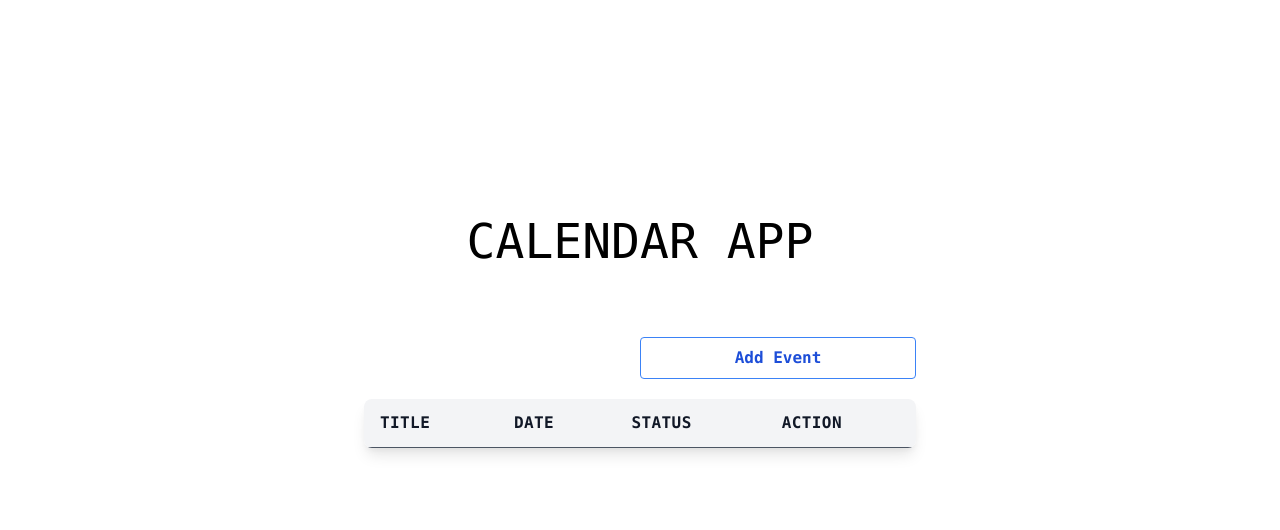
Repository: maikeru-desu/parking-lot
Page: / (app in parking-lot-fe/)
The author's editor kept a copy of each file at every save. The page is drawn from the files as they stood at one save, then again after the next save.
The browser window is 1280 px wide. The pictures show the whole page.
The page's requests for data from a server got no answer. The project was rebuilt for these pictures with package versions that can differ from the ones it lists, and the page was loaded fresh each time. No one was signed in, and anything a server would have sent is missing. Also part of the build but not shown: parking-lot-fe/craco.config.js, parking-lot-fe/src/pages/Add.js, parking-lot-fe/src/pages/Edit.js.

Above is the page before, as saved 2021-10-14 07:48:24.

### parking-lot-fe/src/index.js
import React from 'react';
import ReactDOM from 'react-dom';
import './index.css';
import App from './App';
import {Provider} from "react-redux";
import {BrowserRouter} from "react-router-dom";
import reportWebVitals from './reportWebVitals';
import store from './redux/store';

ReactDOM.render(
    <React.StrictMode>
        <BrowserRouter>
            <Provider store={store}>
                <App />
            </Provider>
        </BrowserRouter>
    </React.StrictMode>,
    document.getElementById('root')
);

// If you want to start measuring performance in your app, pass a function
// to log results (for example: reportWebVitals(console.log))
// or send to an analytics endpoint. Learn more: https://bit.ly/CRA-vitals
reportWebVitals();

### parking-lot-fe/src/App.js
import logo from './logo.svg';
import './App.css';
import {Switch, Route} from "react-router-dom";
import Home from './pages/Home';
import Add from './pages/Add';
import Edit from './pages/Edit';

function App() {
  return (
    <div className="App font-mono">
          <h1 class="mb-12 text-5xl">CALENDAR APP</h1>
        <Switch>
            <Route exact path="/" component={Home} />
            <Route exact path="/add" component={Add} />
            <Route exact path="/edit/:id" component={Edit} />
        </Switch>
    </div>
  );
}

export default App;

### parking-lot-fe/src/redux/store.js
import {createStore, applyMiddleware} from "redux";
import logger from "redux-logger";
import reduxThunk from "redux-thunk";
import rootReducer from "./root-reducer";

const middlewares = [reduxThunk];

if (process.env.NODE_ENV === "development") {
    middlewares.push(logger)
}

const store = createStore(rootReducer, applyMiddleware(...middlewares));

export default store;

### parking-lot-fe/src/pages/Home.js
import React, {useEffect} from 'react'
import {useDispatch, useSelector} from "react-redux";
import { deleteEvent, loadEvents } from '../redux/actions';
import { useHistory } from 'react-router-dom';

const Home = () => {
    let dispatch = useDispatch();
    let history = useHistory();
    const { events } = useSelector(state => state.events);

    const handleDelete = (id) => {
        if(window.confirm("Are you sure wanted to delete the event?")) {
            dispatch(deleteEvent(id));
        }
    }

    useEffect(() => {
        dispatch(loadEvents());
    }, [])

    return (
        <section class="container mx-auto p-6">
            <div class="grid grid-cols-4">
                <button onClick={() => history.push("/add")} className="mb-5 col-start-3 col-span-4 bg-transparent hover:bg-blue-500 text-blue-700 font-semibold hover:text-white py-2 px-4 border border-blue-500 hover:border-transparent rounded">
                    Add Event
                </button>

                {/* <select
                    id="status"
                    name="status"
                    className="block appearance-none w-full bg-gray-200 border border-gray-200 text-gray-700 py-3 px-4 pr-8 rounded leading-tight focus:outline-none focus:bg-white focus:border-gray-500">
                    <option>Select Status</option>
                    <option value="0">Pending</option>
                    <option value="2">Ongoing</option>
                    <option value="1">Done</option>
                </select> */}
            </div>

            <div class="w-full mb-8 overflow-hidden rounded-lg shadow-lg">
                <div class="w-full overflow-x-auto">
                <table class="w-full">
                    <thead>
                    <tr class="text-md font-semibold tracking-wide text-left text-gray-900 bg-gray-100 uppercase border-b border-gray-600">
                        <th class="px-4 py-3">Title</th>
                        <th class="px-4 py-3">Date</th>
                        <th class="px-4 py-3">Status</th>
                        <th class="px-4 py-3">Action</th>
                    </tr>
                    </thead>
                    <tbody class="bg-white">
                        {events && events.map((event) => (

                            <tr class="text-gray-700" key={event.id}>
                                <td class="px-4 py-3 border">
                                    <div class="flex items-center text-sm">
                                        <div>
                                            <p class="font-semibold text-black">{event.title}</p>
                                        </div>
                                    </div>
                                </td>
                                <td class="px-4 py-3 text-ms font-semibold border">{event.date}</td>
                                <td class="px-4 py-3 text-xs border">
                                    {(() => {
                                        if (event.status == 0) {
                                            return <span class="px-2 py-1 font-semibold leading-tight text-yellow-700 bg-yellow-100 rounded-sm"> Pending </span>;
                                        } else if (event.status == 1) {
                                            return <span class="px-2 py-1 font-semibold leading-tight text-green-700 bg-green-100 rounded-sm"> Done </span>;
                                        } else {
                                            return <span class="px-2 py-1 font-semibold leading-tight text-blue-700 bg-blue-100 rounded-sm"> Ongoing </span>;
                                        }
                                    })()}
                                    {/* <span class="px-2 py-1 font-semibold leading-tight text-green-700 bg-green-100 rounded-sm"> Acceptable </span> */}
                                </td>
                                <td class="px-4 py-3 text-sm border">
                                    <button onClick={() => history.push(`/edit/${event.id}`)} className="bg-transparent hover:bg-blue-500 text-blue-700 font-semibold hover:text-white py-2 px-4 border border-blue-500 hover:border-transparent rounded">
                                        EDIT
                                    </button>
                                    <button onClick={() => handleDelete(event.id)} className="bg-transparent hover:bg-red-500 text-red-700 font-semibold hover:text-white py-2 px-4 border border-red-500 hover:border-transparent rounded">
                                        DELETE
                                    </button>
                                </td>
                            </tr>
                        ))}
                    </tbody>
                </table>
                </div>
            </div>
        </section>
    )
}

export default Home

### parking-lot-fe/src/redux/root-reducer.js
import {combineReducers} from "redux";
import eventsReducers from "./reducer";

const rootReducer = combineReducers({
    events: eventsReducers
});

export default rootReducer;

### parking-lot-fe/src/redux/actions.js
import * as types from "./actionType";
import axios from "axios";

const getEvents = (events) => ({
    type: types.GET_EVENTS,
    payload: events
});

const eventDeleted = () => ({
    type: types.DELETE_EVENT
});

const eventAdded = () => ({
    type: types.ADD_EVENT
});

const eventFetched = (event) => ({
    type: types.GET_EVENT,
    payload: event,
});

const eventUpdated = () => ({
    type: types.UPDATE_EVENT
});

export const loadEvents = () => {
    return function (dispatch) {
        axios.get(`${process.env.REACT_APP_API}`).then((resp) => {
            // console.log("resp", resp);
            dispatch(getEvents(resp.data));
        })
        .catch((error) => console.log(error));
    };
};

export const deleteEvent = (id) => {
    return function (dispatch) {
        axios.delete(`${process.env.REACT_APP_API}/${id}`).then((resp) => {
            console.log("resp", resp);
            dispatch(eventDeleted());
            dispatch(loadEvents());
        })
        .catch((error) => console.log(error));
    };
};

export const addEvent = (user) => {
    return function (dispatch) {
        axios.post(`${process.env.REACT_APP_API}`, user).then((resp) => {
            console.log("resp", resp);
            dispatch(eventAdded());
            dispatch(loadEvents());
        })
        .catch((error) => console.log(error));
    };
};

export const getEvent = (id) => {
    return function (dispatch) {
        axios.get(`${process.env.REACT_APP_API}/${id}`).then((resp) => {
            console.log("resp", resp);
            dispatch(eventFetched(resp.data));
        })
        .catch((error) => console.log(error));
    };
};

export const updateEvent = (user, id) => {
    return function (dispatch) {
        axios.put(`${process.env.REACT_APP_API}/${id}`, user).then((resp) => {
            console.log("resp", resp);
            dispatch(eventUpdated());
        })
            .catch((error) => console.log(error));
    };
};

### parking-lot-fe/src/form.css
html, body {
  height: 100%
}

body {
  display: flex;
  justify-content: center;
  align-items: center;
}

form {
  padding: 20px;
  border: 1px solid #ccc;
  border-radius: 5px;
  width: 100%;
}

button {
  width: 100%
}

#root {
    width: 100%;
    max-width: 600px;
}

### parking-lot-fe/src/redux/reducer.js
import * as types from "./actionType";

const initialState = {
    events: [],
    event: {},
    loading: true
}

const eventsReducers = (state = initialState, action) => {
    switch (action.type) {
        case types.GET_EVENTS:
            return {
                ...state,
                events: action.payload,
                loading: false,
            };
        case types.DELETE_EVENT:
        case types.ADD_EVENT:
        case types.UPDATE_EVENT:
            return {
                ...state,
                loading: false,
            }
        case types.GET_EVENT:
            return {
                ...state,
                event: action.payload,
                loading: false,
            };
        default:
            return state;
    }
}

export default eventsReducers;

### parking-lot-fe/src/redux/actionType.js
export const GET_EVENTS = "GET_EVENTS";
export const DELETE_EVENT = "DELETE_EVENT";
export const ADD_EVENT = "ADD_EVENT";
export const GET_EVENT = "GET_EVENT";
export const UPDATE_EVENT = "UPDATE_EVENT";

Loaded but not shown: parking-lot-fe/src/index.css (common file); parking-lot-fe/src/reportWebVitals.js (common file); parking-lot-fe/src/App.css (common file); parking-lot-fe/tailwind.config.js (common file)

After the next save:
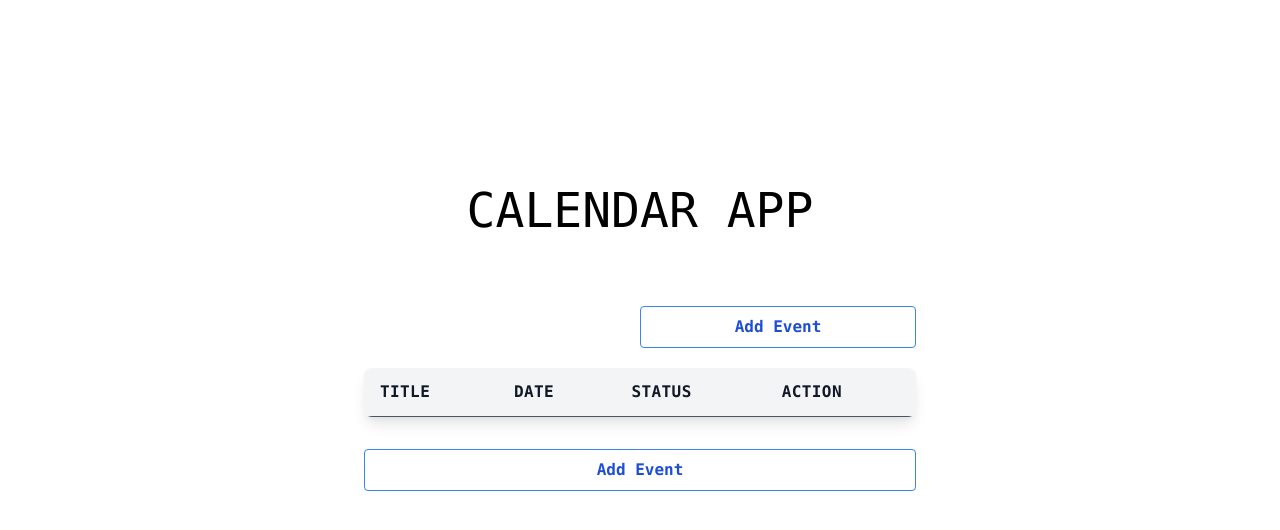
Saved 49 s later.
--- a/parking-lot-fe/src/pages/Home.js
+++ b/parking-lot-fe/src/pages/Home.js
@@ -85,6 +85,11 @@ const Home = () => {
                 </table>
                 </div>
             </div>
+
+            <button onClick={() => history.push("/add")} className="mb-5 col-start-3 col-span-4 bg-transparent hover:bg-blue-500 text-blue-700 font-semibold hover:text-white py-2 px-4 border border-blue-500 hover:border-transparent rounded">
+                Add Event
+            </button>
+
         </section>
     )
 }
